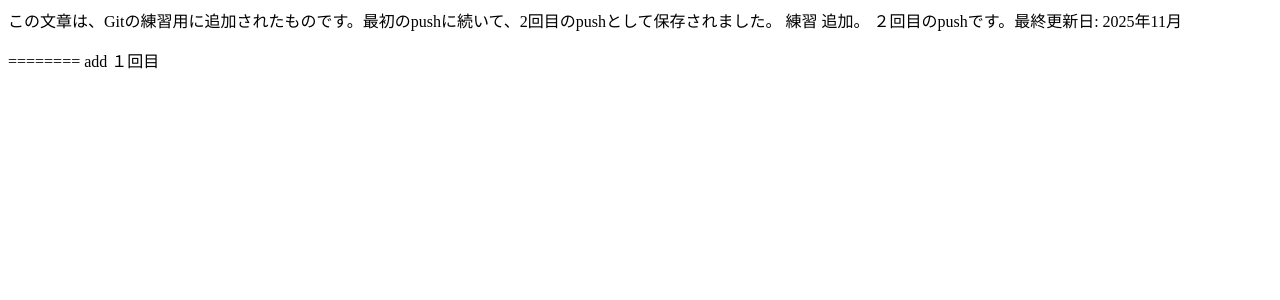
Repository: toshiogawa/git-sample-udemy
Page: git-prac.html
The author's editor kept a copy of each file at every save. The page is drawn from the files as they stood at one save, then again after the next save.
The browser window is 1280 px wide. The pictures show the whole page.

Above is the page before, as saved 2025-11-22 01:03:15.

After the next save:
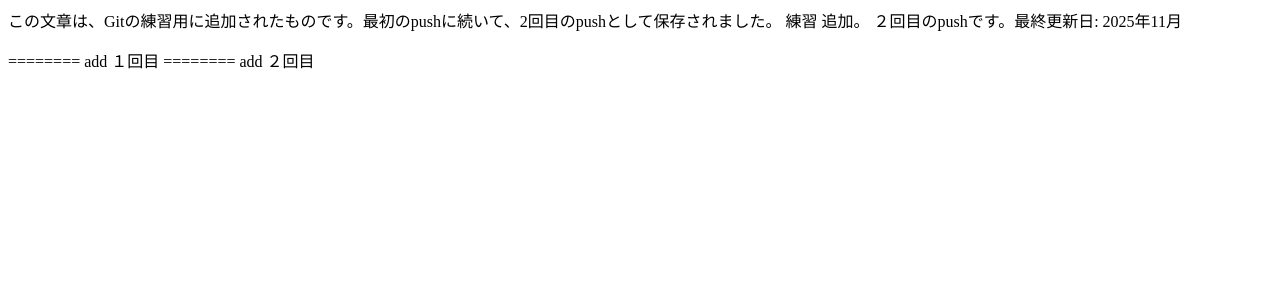
Saved 36 s later.
--- a/git-prac.html
+++ b/git-prac.html
@@ -3,4 +3,4 @@
   練習 追加。 ２回目のpushです。最終更新日: 2025年11月
 </p>
 
-======== add １回目
+======== add １回目 ======== add ２回目
